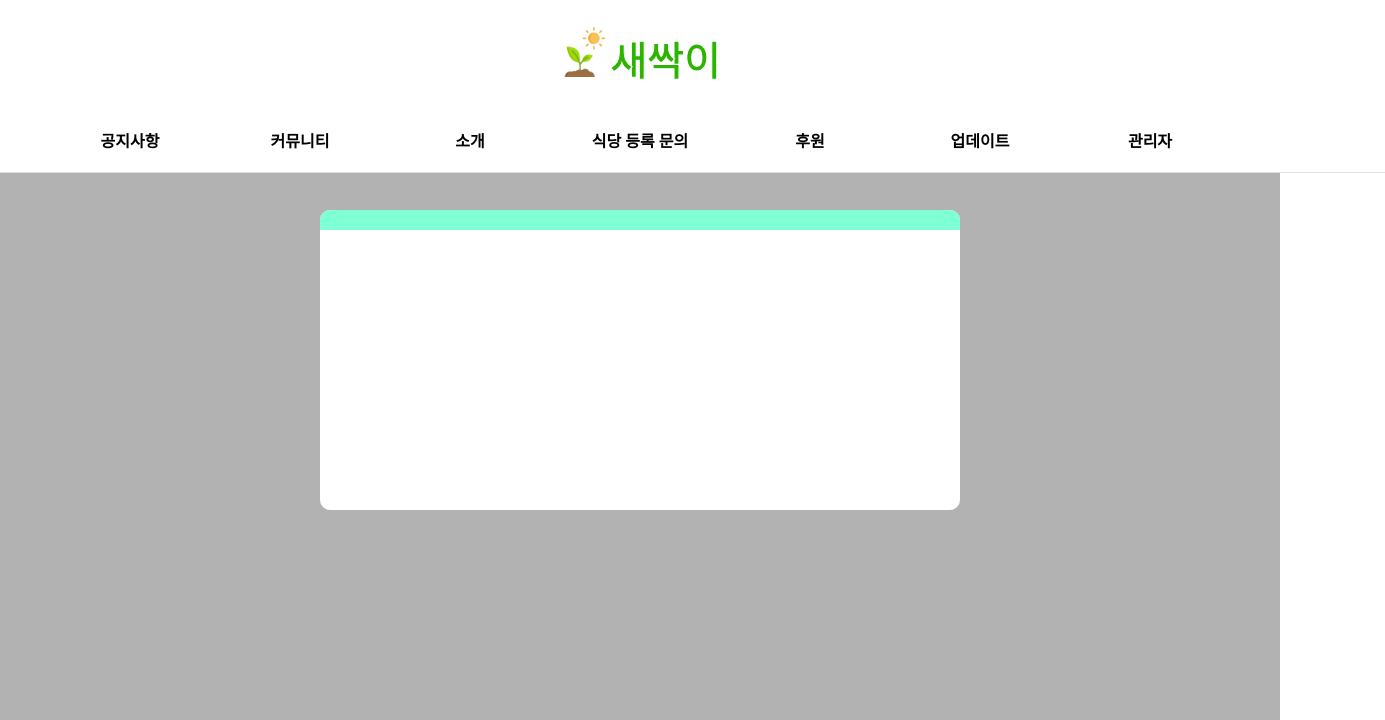
Repository: Seedye/Seedye
Page: team/src/main/webapp/html/board/board-view.html
An editor plug-in stored every save of this project. The page is shown before and after a run of saves, followed by the edit.
The browser window is 1280 px wide. The page is 1385 px wide, so the pictures cover 1385 px, including what lies to the right of the window. The pictures show the whole page.
Some web fonts or font styles are not loaded; a fallback is used. Some web libraries are served in a nearby version.

Above is the page before, as saved 2022-12-15 10:44:15.

### team/src/main/webapp/html/board/board-view.html
<!DOCTYPE html>
<html lang="en">
<head>
  <meta charset="UTF-8">
  <meta http-equiv="X-UA-Compatible" content="IE=edge">
  <meta name="viewport" content="width=device-width, initial-scale=1.0">
  <link rel="stylesheet" href="../../resources/css/header.css">
  <link rel="stylesheet" href="../../resources/css/board/board-view-style.css">
  <title>게시물 상세보기모달</title>

  <script src="https://kit.fontawesome.com/95f413b465.js" crossorigin="anonymous"></script>

</head>
<body>
  <header>
    <!-- 헤더 -->
    <section id="header-container">
        <!-- 로고 -->
        <section id="header-section">
            <a href="#"><img id="logo" src="../../resources/images/새싹이.png"></a>
            <a href="#" id="logo-content">새싹이</a>
        </section>
        <!-- 메뉴창 -->
        <nav id="nav-bar">
            <ul>
                <li><a href="#"></a>공지사항</li>
                <li><a href="#"></a>커뮤니티</li>
                <li><a href="#"></a>소개</li>
                <li><a href="#"></a>식당 등록 문의</li>
                <li><a href="#"></a>후원</li>
                <li><a href="#"></a>업데이트</li>
                <li><a href="#"></a>관리자</li>
            </ul>
        </nav>
    </section>
</header>
  <div class="board-view-modal">
    <div class="board-view-area">
      <div class="board-view-title">

      </div>
      <div class="board-view-content">

      </div>
      <div class="board-view-conment">

      </div>
    </div>
  </div>
</body>
</html>

### team/src/main/webapp/resources/css/header.css

@font-face {
    font-family: 'yg-jalnan';
    src: url('https://cdn.jsdelivr.net/gh/projectnoonnu/noonfonts_four@1.2/JalnanOTF00.woff') format('woff');
    font-weight: normal;
    font-style: normal;
}


@font-face {
    font-family: 'NIXGONM-Vb';
    src: url('https://cdn.jsdelivr.net/gh/projectnoonnu/noonfonts_six@1.2/NIXGONM-Vb.woff') format('woff');
    font-weight: normal;
    font-style: normal;
}

*{
    box-sizing: border-box;
    margin: 0;
    padding: 0;
}

header{
    position: sticky;
    top: 0;
    background-color: white;
    z-index: 1000;
}

body{
    display: flex;
    justify-content: center;
    align-items: center;
    flex-direction: column;
}

#header-section{
    width: 100%;
    display: flex;
    justify-content: center;
    align-items: center;
    margin-top: 20px;
}

#logo{
    width: 50px;
    height: 50px;
}

#logo-content{
    color: #2db400;
    -webkit-text-stroke: 1px white;
    text-decoration: none;
    font-weight: bold;
    font-family: yg-jalnan;
    font-size: 40px;
    padding-top: 10px;
}

#nav-bar{
    display: flex;
    justify-content: center;
    margin: 20px 0px  0px  0px;
}

#nav-bar > ul {
    /* width: 100vw; */
    display: flex;
    justify-content: space-between;
    font-weight: bold;
    border-bottom: 1px solid #ddd;
    padding: 0px 150px;
}

#nav-bar > ul > li{
    font-family: NIXGONM-Vb;
    float: left;
    display: flex;
    justify-content: center;
    padding: 20px 35px;
    border-radius: 6px;
    cursor: pointer;
    width: 170px;
    height: auto;
}

#nav-bar > ul > li:hover{
    background-color: rgba(45, 180, 0, 0.6);
    color: white;
    transition-duration: 0.3s;
}

footer {
    width: 1200px;
    height: 134px;
    color: gray;
    font-size: var(--small-font-size);
    padding: 20px 0;

    display: flex;
    flex-direction: column;
    justify-content: space-around;
    align-items: center;

    /* position: absolute; */
    bottom: 0;

    border-top: 1px solid #ddd;
  }

  footer a {
    color: gray;
  }

### team/src/main/webapp/resources/css/board/board-view-style.css
.board-view-modal{
  top: 0; left: 0;
  position: absolute;
  width: 100vw;
  height: 100vh;
  background-color: rgba(0, 0, 0, 0.3);

  /* display: none; */
  display: flex;
  align-items: center;
  justify-content: center;
}
/* 상세보기 흰영역 */
.board-view-area{
  width: 50vw;
  min-width: 400px;
  height: auto;
  min-height: 300px;
  background-color: white;
  border-radius: 10px;
  overflow: auto;
}
/* 상세보기 제목 */
.board-view-title{
  width: 100%;
  height: 20px;
  background-color: aquamarine;
}
/* 상세보기 내용 */
.board-view-content{

}

After the next 2 saves:
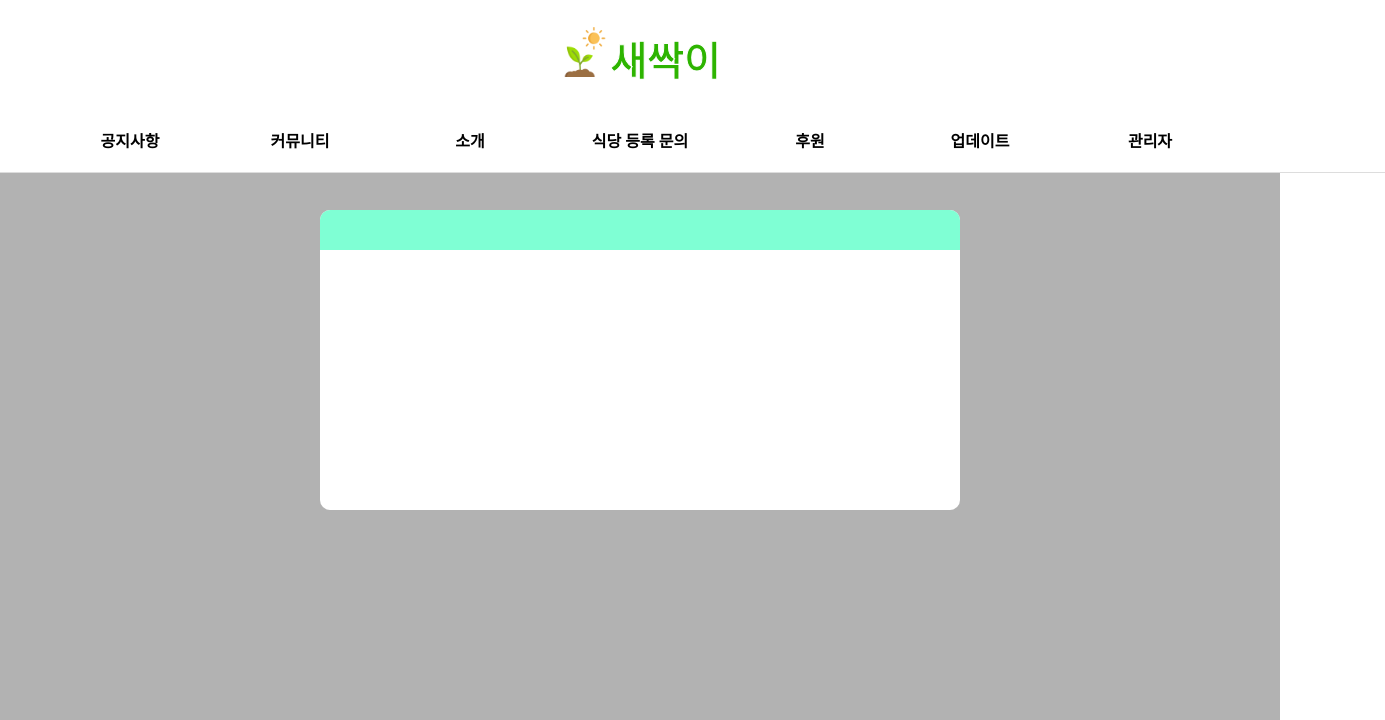
The 2 saves are shown as one change because they came seconds apart.
The last was saved 6 s later.
--- a/team/src/main/webapp/resources/css/board/board-view-style.css
+++ b/team/src/main/webapp/resources/css/board/board-view-style.css
@@ -23,7 +23,7 @@
 /* 상세보기 제목 */
 .board-view-title{
   width: 100%;
-  height: 20px;
+  height: 40px;
   background-color: aquamarine;
 }
 /* 상세보기 내용 */
